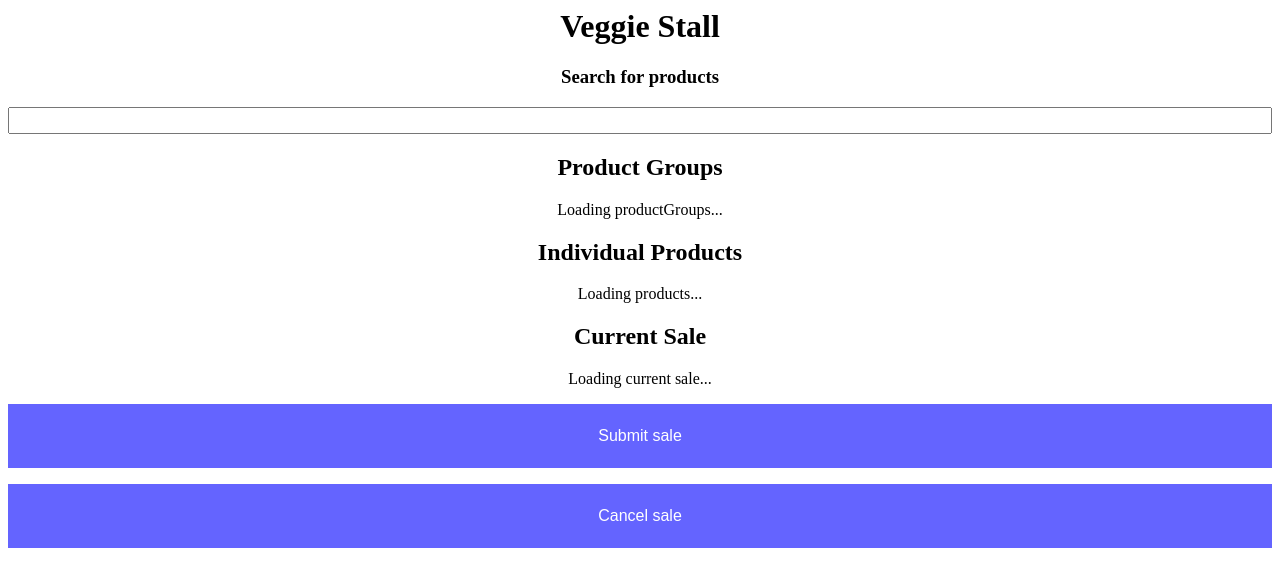
Repository: Keristero/SDV701-Assignment
Page: SDV701-Assignment/mobile-client/client/sale.html
The author's editor kept a record of every edit. The page is drawn from the files as they stood at one moment, then again after the next edit.
The browser window is 1280 px wide. The pictures show the whole page.
The page's requests for data from a server got no answer.

Above is the page before.
Console error (its wording comes from the project's code and is left out).

### SDV701-Assignment/mobile-client/client/sale.html
<head>
    <meta name="viewport" content="width=device-width,height=device-height initial-scale=1">
    <style>
        #div_main{
            text-align:center;
            font-size: 1em;
        }
        #txt_searchProducts{
            width:100%;
            height:2em;
        }

        .wideButton{
            width:100%;
            margin-top:1em;
            height:4em;
            background-color: rgb(100,100,255);
            border: none;
            text-decoration: none;
            color:white;
            font-size:1em;
        }

        .clsProductGroup{
            border-style: solid;
            border-width: 2px;
            margin-top: 0.5em;
        }

        .clsProduct{
            background-color: rgb(220,240,220);
        }

        .clsSale{
            text-align: left;
            background-color: rgba(100,100,255,0.2);
        }

    </style>
    <script src="cls/clsDbObject.js"></script>
    <script src="cls/clsProduct.js"></script>
    <script src="cls/clsProductGroup.js"></script>
    <script src="cls/clsSale.js"></script>
    <script src="cls/clsSold.js"></script>
    <script src="DatabaseConnector.js"></script>
    <script src="sale.js" defer></script>
</head>

<body>
    <div id="div_main">
        <h1>Veggie Stall</h1>
        <h3>Search for products</h3>
        <p><input type="text" id="txt_searchProducts"></p>
        <h2>Product Groups</h2>
        <div id="div_productGroups">
            Loading productGroups...
        </div>
        <h2>Individual Products</h2>
        <div id="div_products">
            Loading products...
        </div>
        <h2>Current Sale</h2>
        <div id="div_sale">
            Loading current sale...
        </div>
        <button class="wideButton" id="btn_submitSale">Submit sale</button>
        <button class="wideButton" id="btn_cancelSale">Cancel sale</button>
    </div>
</body>

### SDV701-Assignment/mobile-client/client/cls/clsDbObject.js
class clsDbObject {
    constructor(dataObject) {
        for (let property in dataObject) {
            let value = dataObject[property]
            this[property] = value;
        }
        console.log(this)
    }
    getFormattedDateString(dateString){
        let d = new Date(dateString)
        return `${d.getDate()}/${d.getMonth()}/${d.getFullYear()}`
    }
    generateQuickGuid() {
        //Code from https://stackoverflow.com/questions/105034/create-guid-uuid-in-javascript Jeff Ward
        return Math.random().toString(36).substring(2, 15) + Math.random().toString(36).substring(2, 15);
    }
}

### SDV701-Assignment/mobile-client/client/cls/clsProduct.js
/* globals clsDbObject currentSale renderedProductUIDs*/

window.clsProduct = class clsProduct extends clsDbObject{
    constructor(dataObject){
        super(dataObject)

    }
    toHTML(renderedProductUIDs,searchBoxText){
        let str = ""
        //Return early if the product HTML has already been generated
        if(renderedProductUIDs.hasOwnProperty(this.UID)){
            return str
        }
        //Return early if the product name is not in the searchbox
        if(!this.Name.toLowerCase().includes(searchBoxText.toLowerCase())){
            return str
        }

        str+= `<div class=${this.constructor.name} id=${this.UID}>`
        str+= `<h3>${this.Name}</h3>`
        //The section below generates a combo box with all the products price options
        str+= `<select id="sel_${this.UID}">`
        for(let priceID in this.Prices){
            str+= `<option value="${priceID}">${this.Prices[priceID].priceType}</option>`
        }
        str+= `</select>`
        //The section below generates a input box for the quantity
        str+= `<input id="txt_${this.UID}" type="number"></input>`
        str+= `<button id="btn_${this.UID}">Add to order</button>`
        str+= `<p>last updated: ${this.getFormattedDateString(this.LastModified)}</p>`
        str+= `</div>`

        renderedProductUIDs[this.UID] = true;

        return str
    }
    prepareButton(){
        document.getElementById(`btn_${this.UID}`).onclick = (()=>{
            this.addToOrder();
        })
    }
    addToOrder(sale){
        let priceTypeSelector = document.getElementById(`sel_${this.UID}`)
        let priceTypeID = priceTypeSelector.value
        let quantityInputBox = document.getElementById(`txt_${this.UID}`)
        let quantity = quantityInputBox.value
        currentSale.addProduct(this,priceTypeID,quantity)
    }
}

### SDV701-Assignment/mobile-client/client/cls/clsProductGroup.js
/* globals clsDbObject products*/

window.clsProductGroup = class clsProductGroup extends clsDbObject{
    constructor(dataObject){
        super(dataObject)
    }
    get productReferences(){
        let productReferences = {};
        this.ProductUIDs.forEach((productUID)=>{
            if(products.hasOwnProperty(productUID)){
                //If a product with the given id exists (has not been deleted)
                productReferences[productUID] = products[productUID]
            }
        })
        //Return dictionary containing references to product objects indexed by ID
        return productReferences;
    }
    toHTML(renderedProductUIDs,searchBoxText){
        let str = ""
        //Return early if the product name is not in the searchbox
        if(!this.Name.toLowerCase().includes(searchBoxText.toLowerCase())){
            return str
        }
        str+= `<div class=${this.constructor.name} id=${this.UID}>`
        str+= `<h2>${this.Name}</h2>`
        let prodRefs = this.productReferences
        for(let prodID in prodRefs){
            str += prodRefs[prodID].toHTML(renderedProductUIDs,"")
        }
        str+= `</div>`
        return str
    }
}

### SDV701-Assignment/mobile-client/client/cls/clsSale.js
/* globals clsDbObject */

window.clsSale = class clsSale extends clsDbObject{
    constructor(){
        super({})
        this.UID = this.generateQuickGuid()
        this.Total = 0
        this.Date = new Date().toISOString();
        this.Sold = {}
    }
    addProduct(pProduct,priceUID,quantity){
        console.log(`Adding ${pProduct.Name} to sale`)
        let newSoldItem = new clsSold(pProduct.Prices[priceUID],pProduct.UID,quantity)
        console.log("new sold item",newSoldItem);
        this.Sold[newSoldItem.UID] = newSoldItem
        this.Total = this.calculateTotal();
        updateSaleHTML();
    }
    calculateTotal(){
        let newTotal = 0;
        for(let soldID in this.Sold){
            newTotal += this.Sold[soldID].Price*this.Sold[soldID].Quantity
        }
        return newTotal;
    }
    toHTML(){
        let str = ""
        str+= `<div class=${this.constructor.name} id=${this.UID}>`
        str+= `<h3>Order Total = $${this.Total}</h3>`
        for(let soldID in this.Sold){
            str += this.Sold[soldID].toHTML()
        }
        str+= `</div>`
        return str
    }
}

### SDV701-Assignment/mobile-client/client/cls/clsSold.js
/* globals clsDbObject products*/

window.clsSold = class clsSold extends clsDbObject{
    constructor(pPriceObject,pProductUID,pQuantity){
        super({})
        this.UID = this.generateQuickGuid()
        this.Type = pPriceObject.priceType
        this.Price = pPriceObject.priceAmount
        this.Quantity = pQuantity
        this.ProductUID = pProductUID
    }
    toHTML(){
        let str = ""
        str+= `<div class=${this.constructor.name} id=${this.UID}>`
        str+= `<p><b>${products[this.ProductUID].Name}</b> Type<b> ${this.Type} </b>Price<b> $${this.Price}</b></p>`
        str+= `</div>`
        return str
    }
}

### SDV701-Assignment/mobile-client/client/DatabaseConnector.js
class DatabaseConnector {
    constructor(pdatabaseURL) {
        this.databaseURL = pdatabaseURL || 'https://veggiestall-database-keristero.c9users.io'
    }
    request(requestType, path, data) {
        return new Promise((resolve, reject) => {
            let XHR = new XMLHttpRequest();
            let searchParams = new URLSearchParams();

            // Push our data into our FormData object
            for (let name in data) {
                console.log(name, data[name])
                searchParams.append(name, JSON.stringify(data[name]));
            }
            // Define what happens in case of error
            XHR.addEventListener('error', function(event) {
                alert('Oops! Something went wrong.');
                reject(event)
            });
            XHR.onreadystatechange = function() {
                if (XHR.readyState === 4) {
                    let parsedResponse = JSON.parse(XHR.response)
                    resolve(parsedResponse);
                }
            }
            // Set up our request
            XHR.open(requestType, this.databaseURL + path);

            // Send our FormData object; HTTP headers are set automatically
            XHR.send(searchParams);
        })
    }
    getData(path) {
        return new Promise((resolve, reject) => {
            this.request("GET", path).then((result) => {
                console.log(result)
                resolve(result);
            })
        })
    }
    putData(path, key, value) {
        return new Promise((resolve, reject) => {
            this.request("PUT", path, { key: key, value: value }).then((result) => {
                console.log(result)
                resolve(result);
            })
        })
    }
    postData(path, key, value) {
        return new Promise((resolve, reject) => {
            this.request("POST", path, { key: key, value: value }).then((result) => {
                console.log(result)
                resolve(result);
            })
        })
    }
    initializeObjectsIntoDictionary(pObjects, pClassname) {
        //accepts a generic js object in the shape of a dictionary, and the classnames to init
        //returns a initialized dictionary
        let newDictionary = {};
        for (let key in pObjects) {
            newDictionary[key] = new window[pClassname](pObjects[key])
        }
        return newDictionary;
    }

}

### SDV701-Assignment/mobile-client/client/sale.js
/* globals DatabaseConnector clsSale*/
let DB = new DatabaseConnector();

let products;
let productGroups;
let renderedProductUIDs = {};
let currentSale = new clsSale();

//Content divs
let div_productGroups = document.getElementById("div_productGroups");
let div_products = document.getElementById("div_products");
let div_sale = document.getElementById("div_sale");

//Search box
let txt_searchProducts = document.getElementById("txt_searchProducts");
let searchBoxText = "";
txt_searchProducts.onkeyup = ()=>{
    updateAllProductsHTML()
}
txt_searchProducts.onfocus = ()=>{
    txt_searchProducts.value = ""
}

//Buttons
document.getElementById("btn_submitSale").onclick = ()=>{
    submitSale();
};

document.getElementById("btn_cancelSale").onclick = ()=>{
    cancelSale();
};

//Get notices
DB.getData("/products").then((pResult)=>{
   let dataObjects = pResult.data;

   products = DB.initializeObjectsIntoDictionary(dataObjects,"clsProduct")

   //Get product gorups
    DB.getData("/productGroups").then((pResult)=>{
       let dataObjects = pResult.data;

       productGroups = DB.initializeObjectsIntoDictionary(dataObjects,"clsProductGroup")

       updateHTML()
    })

})

//Display notices
function updateHTML(){

    updateAllProductsHTML()

    updateSaleHTML()

}

function updateAllProductsHTML(){
    searchBoxText = txt_searchProducts.value
    updateProductGroupHTML()
    updateProductsHTML()

    //prepare generated buttons
    for(let property in renderedProductUIDs){
       products[property].prepareButton()
    }
}

function updateProductGroupHTML(){
    renderedProductUIDs = {};
    let productGroupsHTML = ""

    //Generate product html
    for(let property in productGroups){
       productGroupsHTML += productGroups[property].toHTML(renderedProductUIDs,searchBoxText)
    }

    div_productGroups.innerHTML = productGroupsHTML;
}

function updateProductsHTML(){
    let productsHTML = ""

    //Generate product html
    for(let property in products){
       productsHTML += products[property].toHTML(renderedProductUIDs,searchBoxText)
    }

    div_products.innerHTML = productsHTML;
}

function updateSaleHTML(){
    div_sale.innerHTML = currentSale.toHTML();
}

function cancelSale(){
    currentSale = new clsSale();
    updateSaleHTML()
}

function submitSale(){
    if(currentSale.Total > 0){
        console.log('Submitting sale')
        DB.putData("/sales",currentSale.UID,currentSale)
        //Clear the current sale
        currentSale = new clsSale();
        updateSaleHTML()
        alert("Sale submitted to database")
    }else{
        alert("Sale is empty, Add products to sale before submitting")
    }
}

After the next edit:
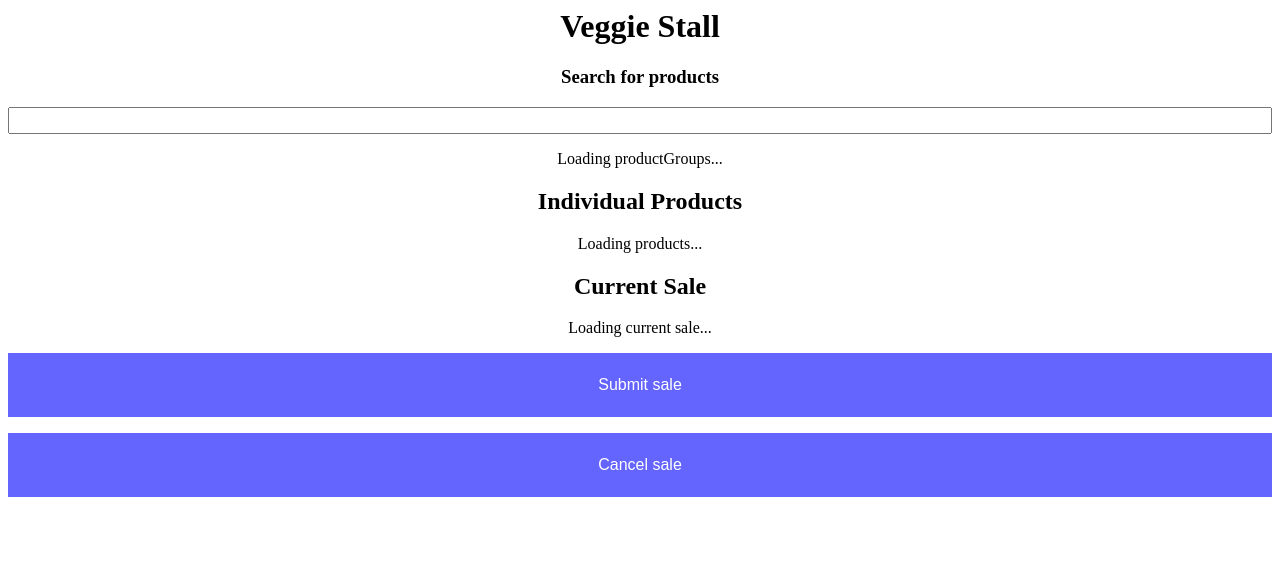
The edit:
--- a/SDV701-Assignment/mobile-client/client/sale.html
+++ b/SDV701-Assignment/mobile-client/client/sale.html
@@ -51,7 +51,6 @@
         <h1>Veggie Stall</h1>
         <h3>Search for products</h3>
         <p><input type="text" id="txt_searchProducts"></p>
-        <h2>Product Groups</h2>
         <div id="div_productGroups">
             Loading productGroups...
         </div>
